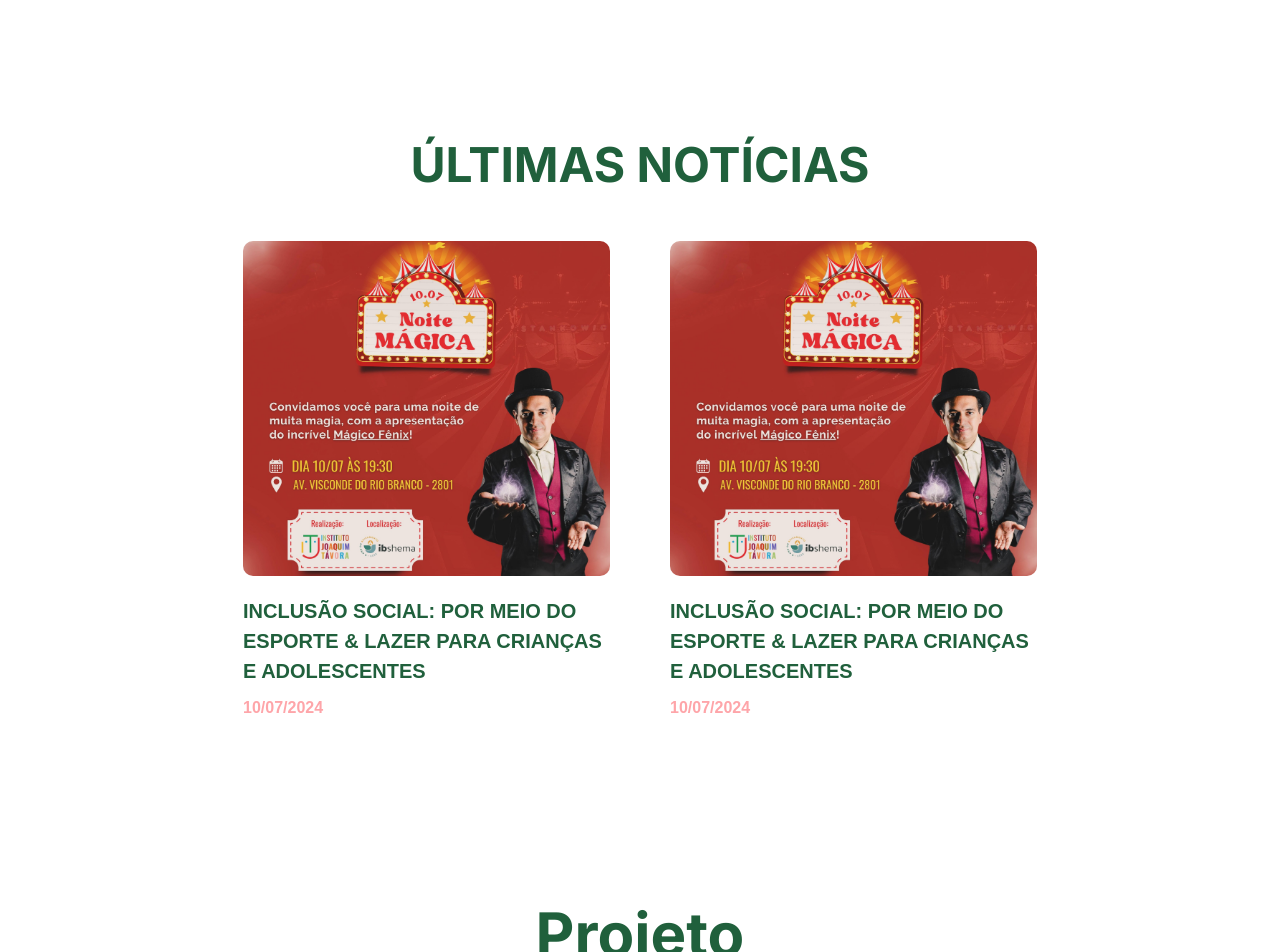
Repository: MarcelloMello90/itj2
Page: index.html
The author's editor kept a copy of each file at every save. The page is drawn from the files as they stood at one save, then again after the next save.
The browser window is 1280 px wide. The pictures show the part of the page from y = 811 to 1763 px (the page is 5489 px tall).

Above is the page before, as saved 2024-07-21 20:14:50.

After the next save:
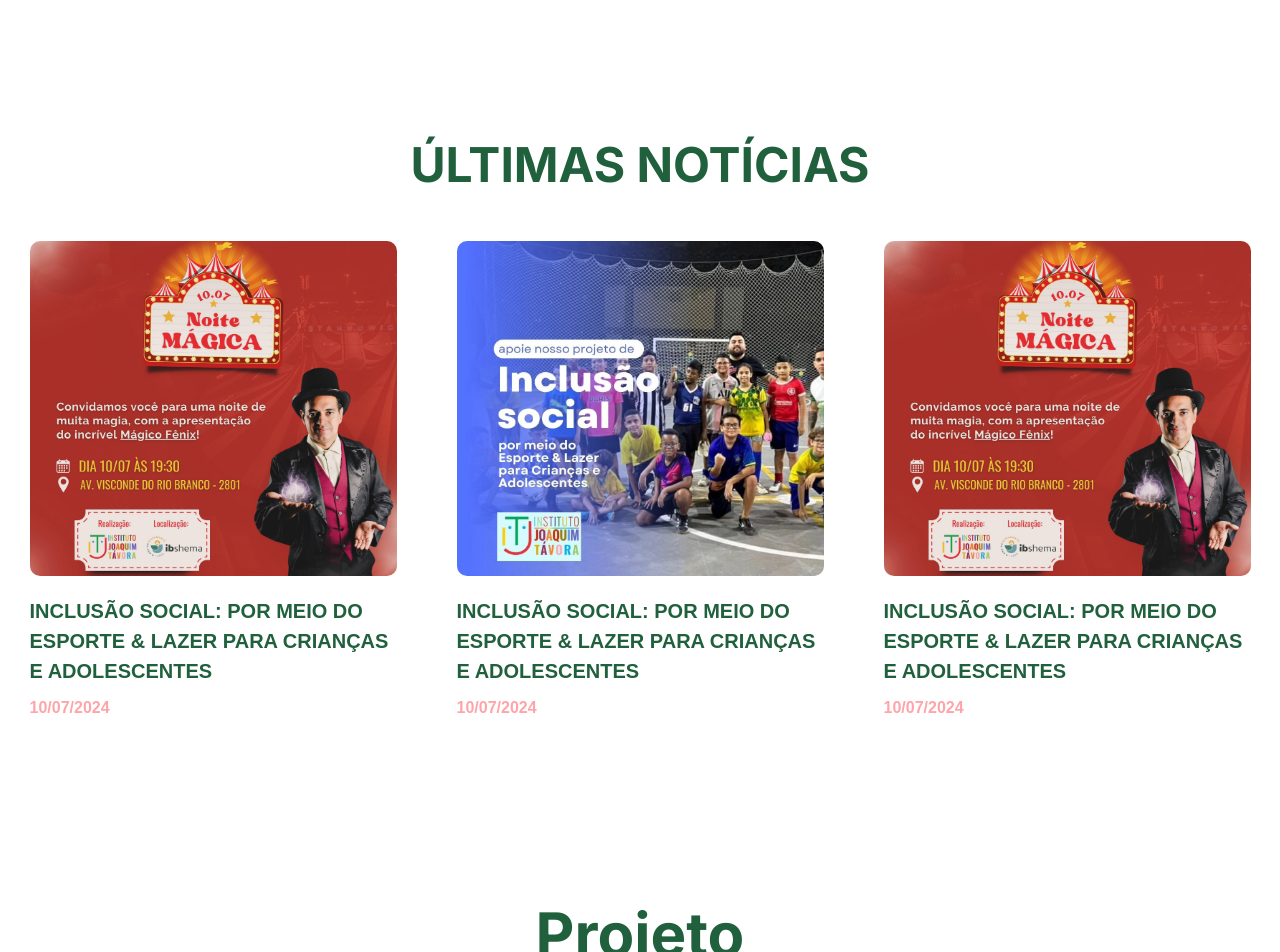
Saved 37 s later.
--- a/index.html
+++ b/index.html
@@ -88,6 +88,17 @@
 
             <div class="wrapper_items">
               <div class="item_img">
+                <img src="./assets/img_carousel/img1.jpg" alt="">
+              </div>
+
+              <div class="item_text">
+                <p>Inclusão Social: por meio do esporte & lazer para crianças e adolescentes</p>
+                <span>10/07/2024</span>
+              </div>
+            </div>
+
+            <div class="wrapper_items">
+              <div class="item_img">
                 <img src="./assets/img_carousel/img3.jpg" alt="">
               </div>
 
